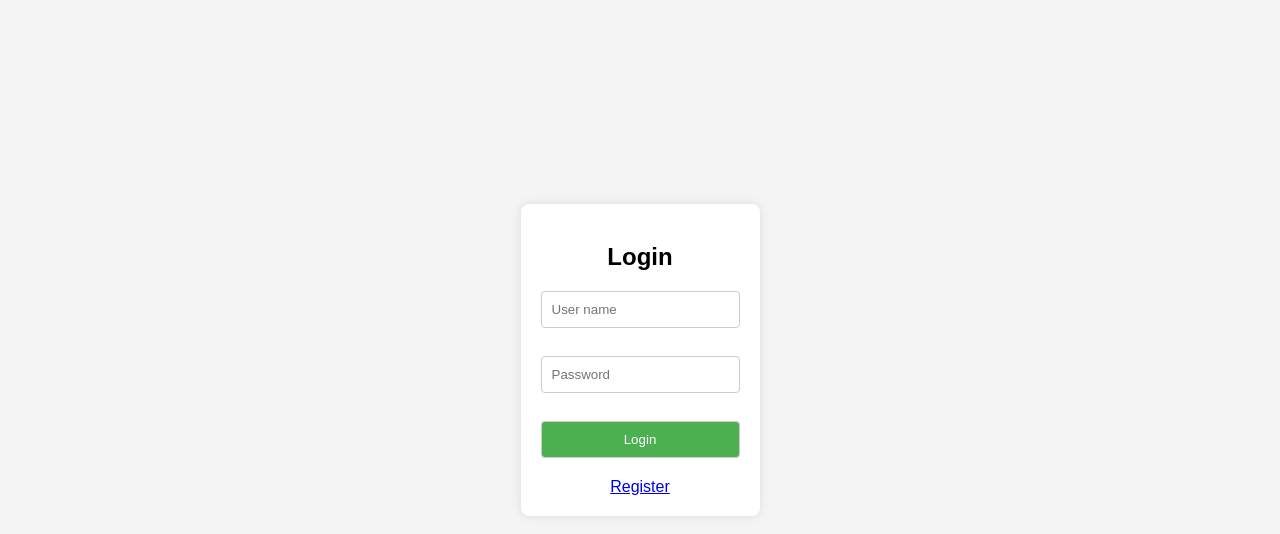
Repository: emsnguyen/tomcat-docker-public
Page: http://localhost/login/
An editor plug-in stored every save of this project. The page is shown before and after the next save, followed by the edit.
The browser window is 1280 px wide. The pictures show the whole page.
The page is served by Tomcat 9. Nobody is signed in. The application's start-up code is not run. Other server files are loaded and not shown.

Above is the page before, as saved 2024-03-06 03:04:57.

### login/src/main/webapp/index.jsp
<%@ page language="java" contentType="text/html; charset=ISO-8859-1"
    pageEncoding="ISO-8859-1"%>
<!DOCTYPE html>
<html lang="en">
<head>
    <meta charset="UTF-8">
    <meta name="viewport" content="width=device-width, initial-scale=1.0">
    <title>Login Page</title>
	<link rel="stylesheet" type="text/css" href="./css/style.css">
</head>
<body>
    <div class="container">
        <h2>Login</h2>
        <form action="login" method="post">
            <input type="text" name="username" placeholder="User name" required><br>
            <input type="password" name="password" placeholder="Password" required><br>
            <input type="submit" value="Login">
        </form>
        <div class="register-link">
            <a href="register.jsp">Register</a>
        </div>
    </div>
</body>
</html>

### login/src/main/webapp/css/style.css
@charset "ISO-8859-1";
body {
    font-family: Arial, sans-serif;
    background-color: #f4f4f4;
    margin: 0;
    padding: 0;
    display: flex;
    justify-content: center;
    align-items: center;
    height: 100vh;
}
.container {
    background-color: #fff;
    padding: 20px;
    border-radius: 8px;
    box-shadow: 0 0 10px rgba(0, 0, 0, 0.1);
}
h2 {
    text-align: center;
    margin-bottom: 20px;
}
form {
    display: flex;
    flex-direction: column;
    align-items: center;
}
input[type="text"],
input[type="password"],
input[type="submit"] {
    width: 100%;
    padding: 10px;
    margin-bottom: 10px;
    border: 1px solid #ccc;
    border-radius: 4px;
    box-sizing: border-box;
}
input[type="submit"] {
    background-color: #4caf50;
    color: white;
    cursor: pointer;
}
input[type="submit"]:hover {
    background-color: #45a049;
}
.register-link {
    text-align: center;
    margin-top: 10px;
}

After the next save:
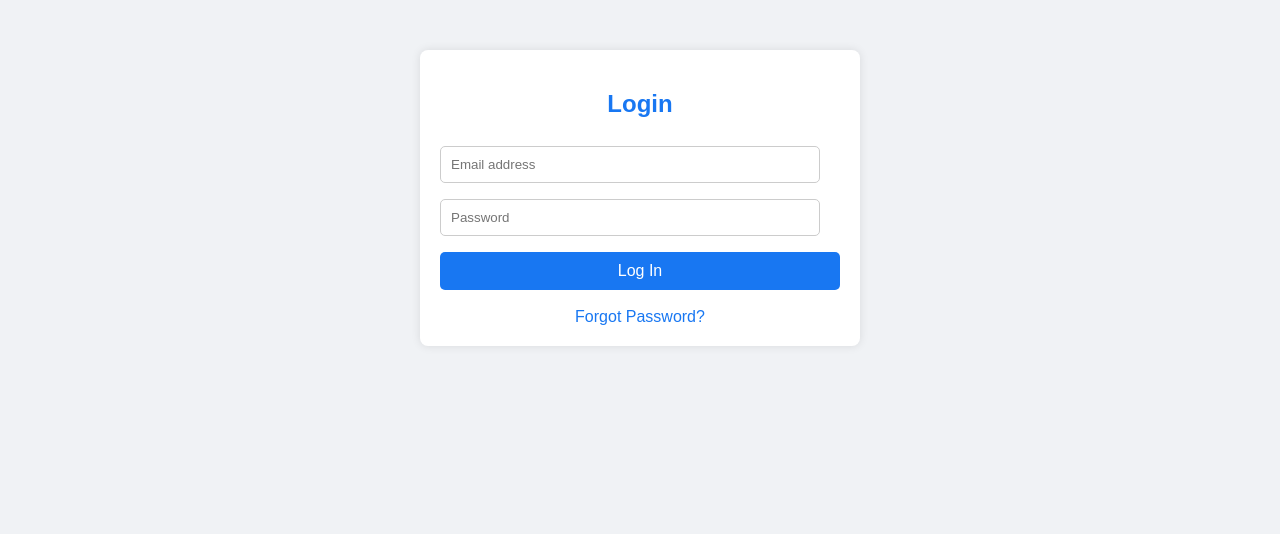
Saved 65 s later.
--- a/login/src/main/webapp/index.jsp
+++ b/login/src/main/webapp/index.jsp
@@ -6,19 +6,74 @@
     <meta charset="UTF-8">
     <meta name="viewport" content="width=device-width, initial-scale=1.0">
     <title>Login Page</title>
-	<link rel="stylesheet" type="text/css" href="./css/style.css">
+    <link rel="stylesheet" href="https://cdnjs.cloudflare.com/ajax/libs/font-awesome/5.15.4/css/all.min.css">
+    <style>
+        body {
+            margin: 0;
+            padding: 0;
+            font-family: Arial, sans-serif;
+            background-color: #f0f2f5;
+        }
+        .container {
+            width: 100%;
+            max-width: 400px;
+            margin: 50px auto;
+            padding: 20px;
+            background-color: #fff;
+            border-radius: 8px;
+            box-shadow: 0 0 10px rgba(0, 0, 0, 0.1);
+        }
+        .container h2 {
+            text-align: center;
+            color: #1877f2;
+            margin-bottom: 20px;
+        }
+        input[type=text], input[type=password] {
+            width: calc(100% - 20px);
+            padding: 10px;
+            margin: 8px 0;
+            display: inline-block;
+            border: 1px solid #ccc;
+            box-sizing: border-box;
+            border-radius: 5px;
+        }
+        input[type=submit] {
+            background-color: #1877f2;
+            color: white;
+            padding: 10px;
+            margin: 8px 0;
+            border: none;
+            border-radius: 5px;
+            cursor: pointer;
+            width: 100%;
+            font-size: 16px;
+        }
+        input[type=submit]:hover {
+            background-color: #0e63ab;
+        }
+        .register-link {
+            text-align: center;
+            margin-top: 10px;
+        }
+        .register-link a {
+            color: #1877f2;
+            text-decoration: none;
+        }
+    </style>
 </head>
 <body>
-    <div class="container">
-        <h2>Login</h2>
-        <form action="login" method="post">
-            <input type="text" name="username" placeholder="User name" required><br>
-            <input type="password" name="password" placeholder="Password" required><br>
-            <input type="submit" value="Login">
-        </form>
-        <div class="register-link">
-            <a href="register.jsp">Register</a>
-        </div>
+
+<div class="container">
+    <h2>Login</h2>
+    <form action="login" method="post">
+        <input type="text" name="username" placeholder="Email address" required><br>
+        <input type="password" name="password" placeholder="Password" required><br>
+        <input type="submit" value="Log In">
+    </form>
+    <div class="register-link">
+        <a href="#">Forgot Password?</a>
     </div>
+</div>
+
 </body>
 </html>

After the save that followed:
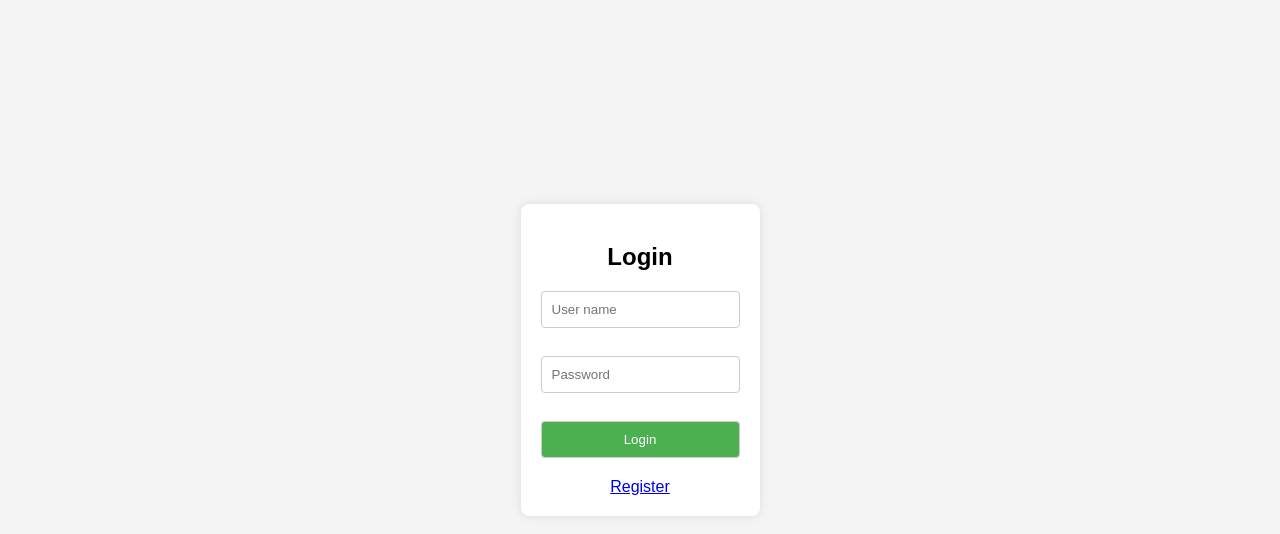
Saved 53 s later.
--- a/login/src/main/webapp/index.jsp
+++ b/login/src/main/webapp/index.jsp
@@ -6,74 +6,19 @@
     <meta charset="UTF-8">
     <meta name="viewport" content="width=device-width, initial-scale=1.0">
     <title>Login Page</title>
-    <link rel="stylesheet" href="https://cdnjs.cloudflare.com/ajax/libs/font-awesome/5.15.4/css/all.min.css">
-    <style>
-        body {
-            margin: 0;
-            padding: 0;
-            font-family: Arial, sans-serif;
-            background-color: #f0f2f5;
-        }
-        .container {
-            width: 100%;
-            max-width: 400px;
-            margin: 50px auto;
-            padding: 20px;
-            background-color: #fff;
-            border-radius: 8px;
-            box-shadow: 0 0 10px rgba(0, 0, 0, 0.1);
-        }
-        .container h2 {
-            text-align: center;
-            color: #1877f2;
-            margin-bottom: 20px;
-        }
-        input[type=text], input[type=password] {
-            width: calc(100% - 20px);
-            padding: 10px;
-            margin: 8px 0;
-            display: inline-block;
-            border: 1px solid #ccc;
-            box-sizing: border-box;
-            border-radius: 5px;
-        }
-        input[type=submit] {
-            background-color: #1877f2;
-            color: white;
-            padding: 10px;
-            margin: 8px 0;
-            border: none;
-            border-radius: 5px;
-            cursor: pointer;
-            width: 100%;
-            font-size: 16px;
-        }
-        input[type=submit]:hover {
-            background-color: #0e63ab;
-        }
-        .register-link {
-            text-align: center;
-            margin-top: 10px;
-        }
-        .register-link a {
-            color: #1877f2;
-            text-decoration: none;
-        }
-    </style>
+	<link rel="stylesheet" type="text/css" href="./css/style.css">
 </head>
 <body>
-
-<div class="container">
-    <h2>Login</h2>
-    <form action="login" method="post">
-        <input type="text" name="username" placeholder="Email address" required><br>
-        <input type="password" name="password" placeholder="Password" required><br>
-        <input type="submit" value="Log In">
-    </form>
-    <div class="register-link">
-        <a href="#">Forgot Password?</a>
+    <div class="container">
+        <h2>Login</h2>
+        <form action="login" method="post">
+            <input type="text" name="username" placeholder="User name" required><br>
+            <input type="password" name="password" placeholder="Password" required><br>
+            <input type="submit" value="Login">
+        </form>
+        <div class="register-link">
+            <a href="register.jsp">Register</a>
+        </div>
     </div>
-</div>
-
 </body>
 </html>
